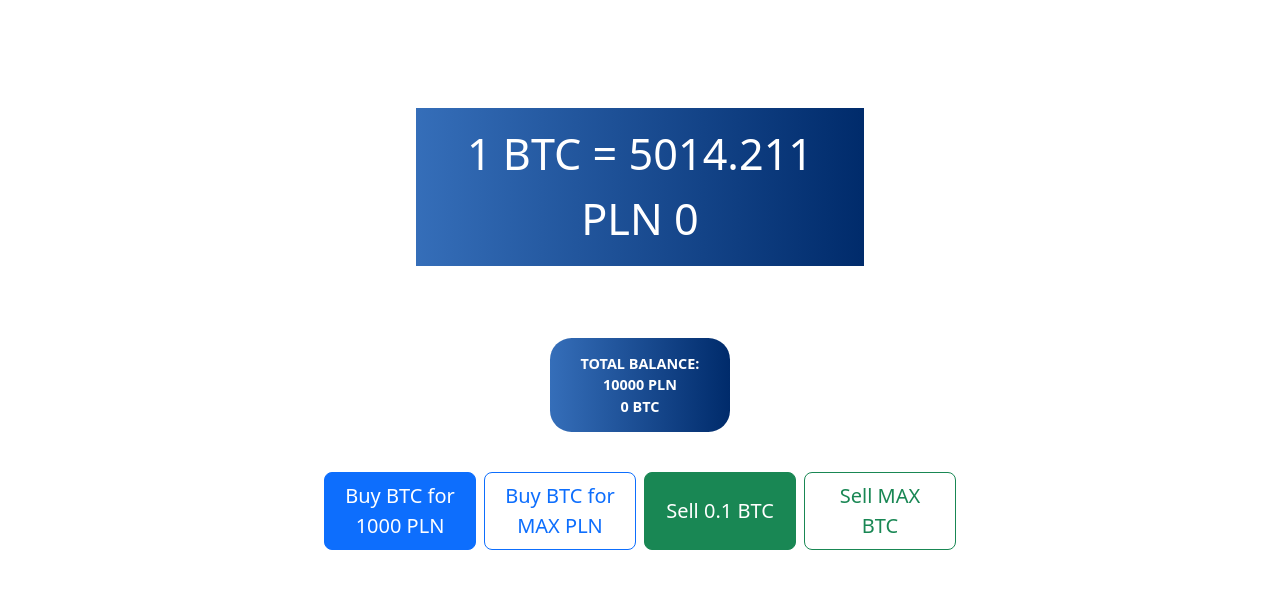
Repository: michalgornicki/bitcoin-virtual
Page: /
These files come from the project's save history. The page is drawn as it stood at one moment and after a run of saves; the edit follows.
The browser window is 1280 px wide. The pictures show the whole page.
The project was rebuilt for these pictures with package versions that can differ from the ones it lists, and the page was loaded fresh each time.

Above is the page before, as saved 2021-12-05 23:11:57.

After the next 2 saves:
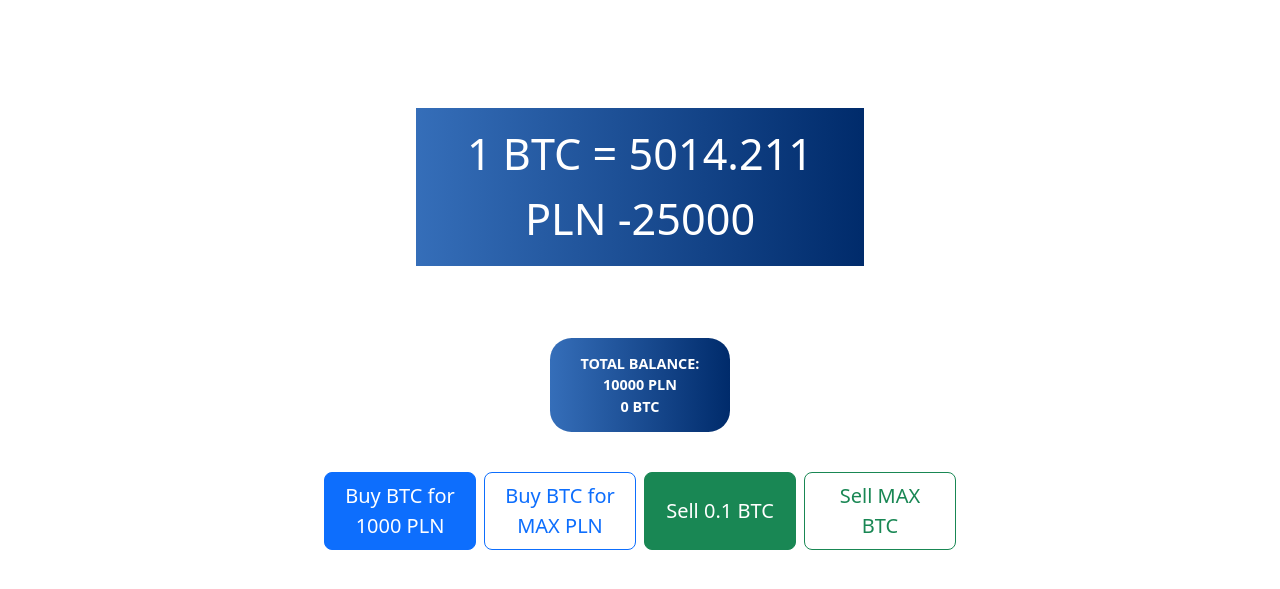
The 2 saves are shown as one change because they came seconds apart.
The last was saved 45 s later.
--- a/src/App.jsx
+++ b/src/App.jsx
@@ -25,7 +25,7 @@
   };
 
   const percent = () => {
-    setChange(change - bitcoinPrice);
+    setChange((change) => change - bitcoinPrice);
     setTimeout(percent, 1000);
   }
 

After the 3 saves that followed:
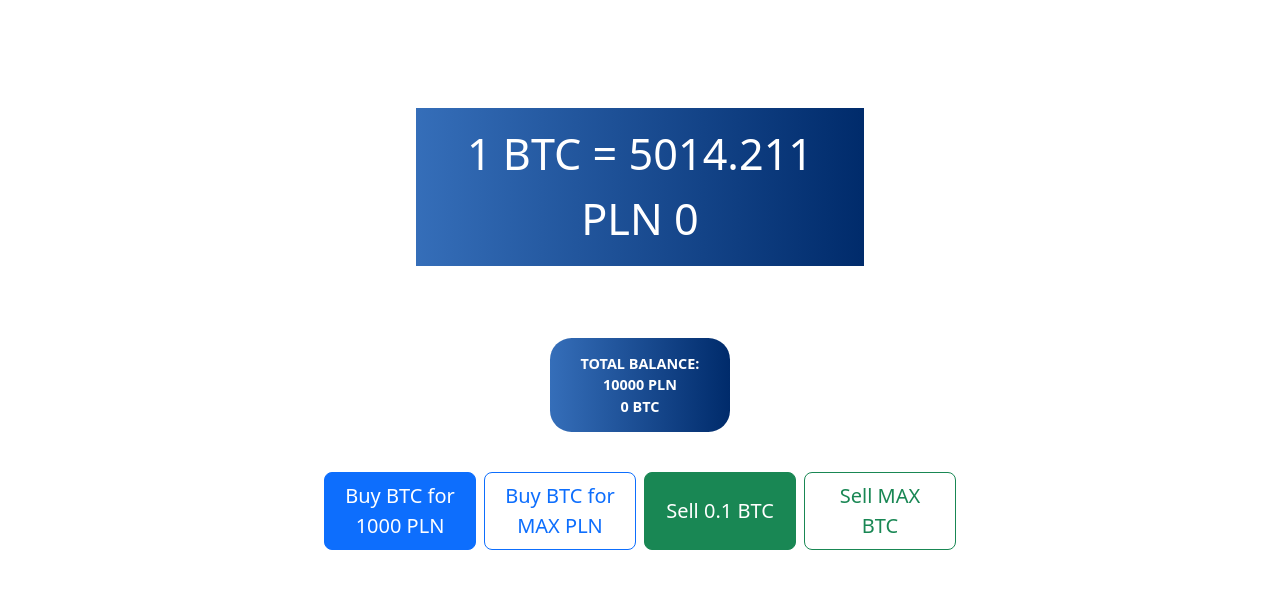
The 3 saves are shown as one change because they came seconds apart.
The last was saved 12 s later.
--- a/src/App.jsx
+++ b/src/App.jsx
@@ -25,7 +25,7 @@
   };
 
   const percent = () => {
-    setChange((change) => change - bitcoinPrice);
+    setChange(change - bitcoinPrice);
     setTimeout(percent, 1000);
   }
 
